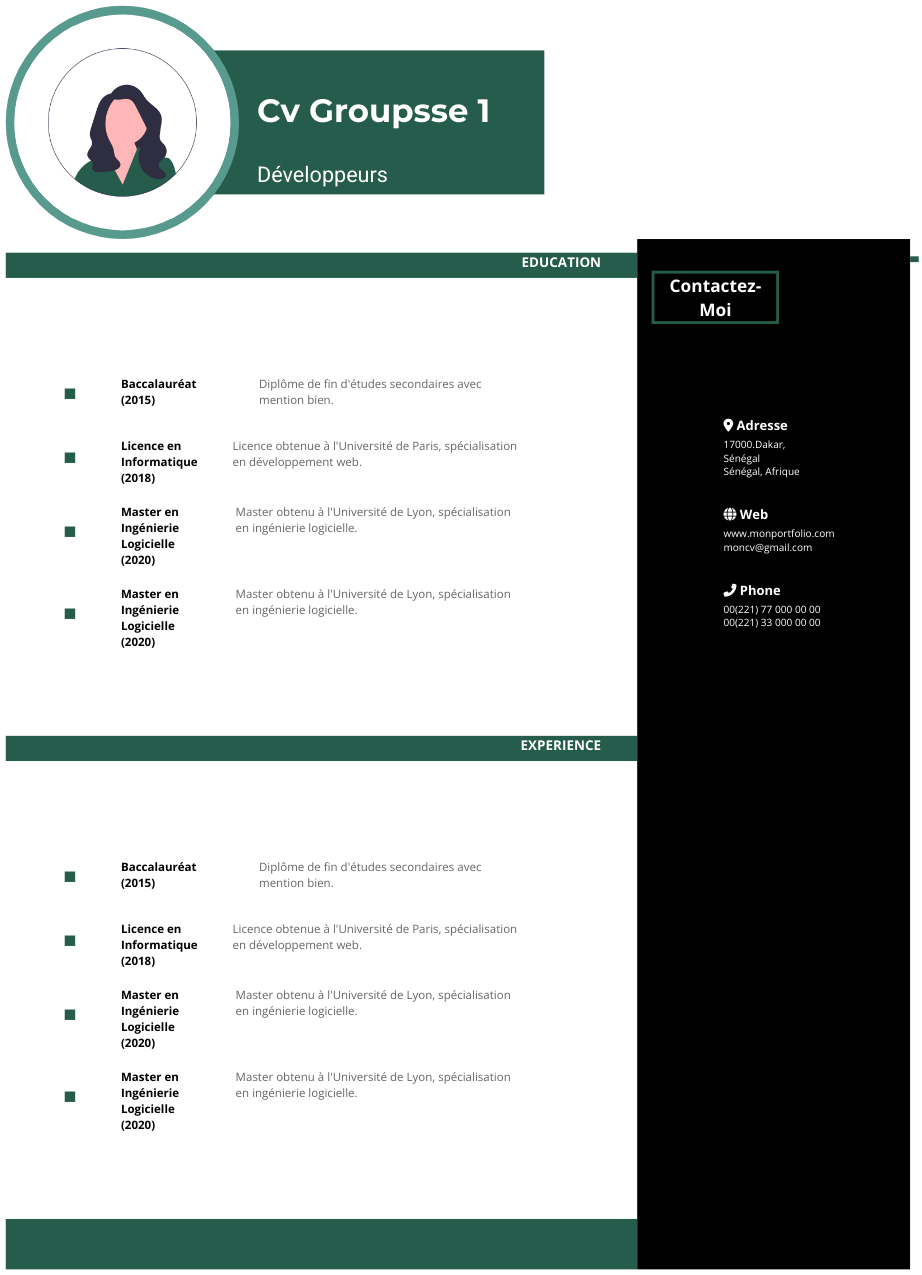
Repository: NdiongueFH/Mon_CV
Page: CV_Groupe1.html
The author's editor kept a copy of each file at every save. The page is drawn from the files as they stood at one save, then again after the next save.
The browser window is 1280 px wide. The pictures show the whole page, at 72% of full size.

Above is the page before, as saved 2024-08-04 18:21:42.

After the next save:
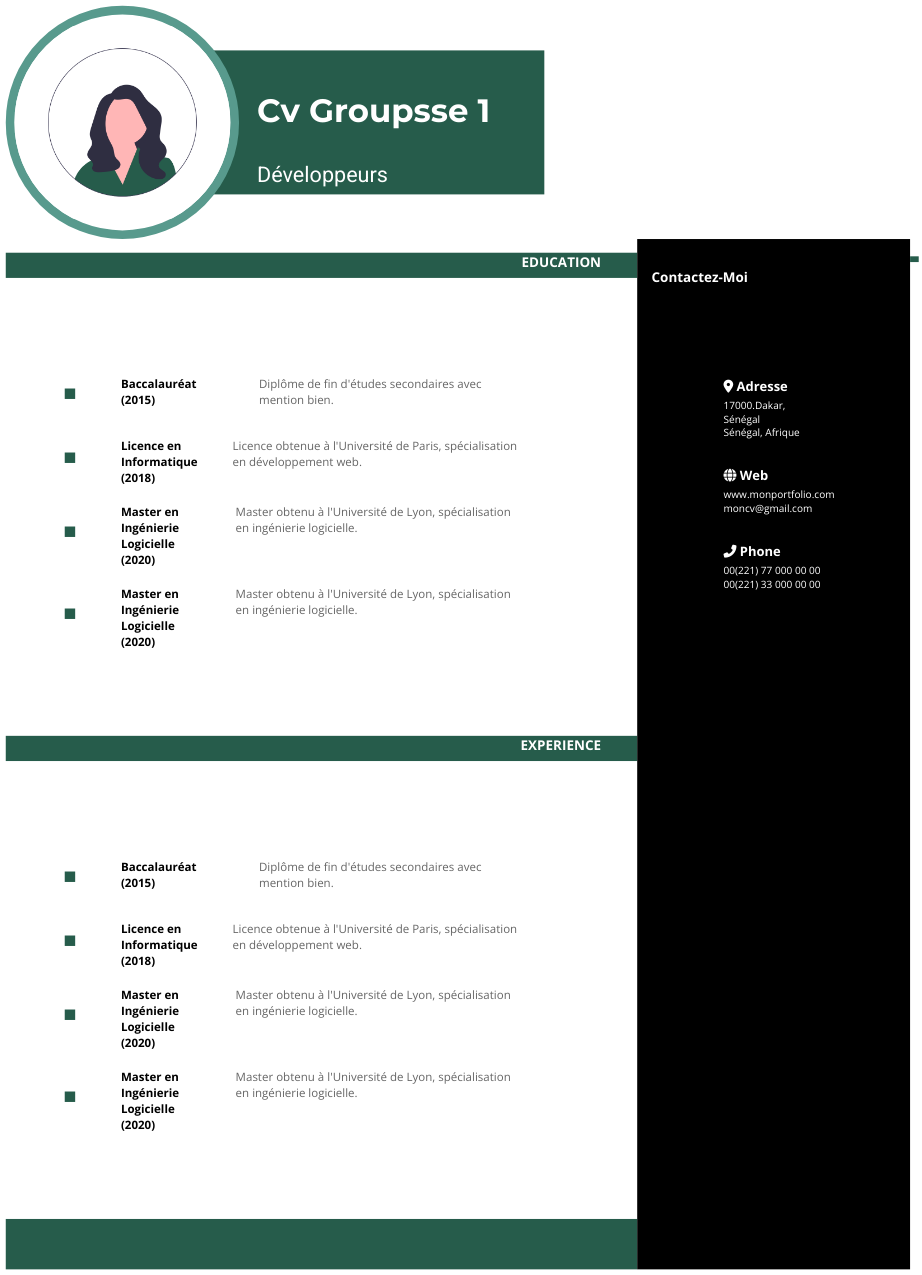
Saved 77 s later.
--- a/CV_Groupe1.html
+++ b/CV_Groupe1.html
@@ -168,8 +168,8 @@
                     <!--contact-->
                     <div class="contact">
                         <!--titre contact-->
-                        <div class="titre_contact_skill">
-                            <h1>
+                        <div class="title">
+                            <h1 class="titre_contact_skill">
                                 Contactez-Moi
                             </h1>
                         </div>
